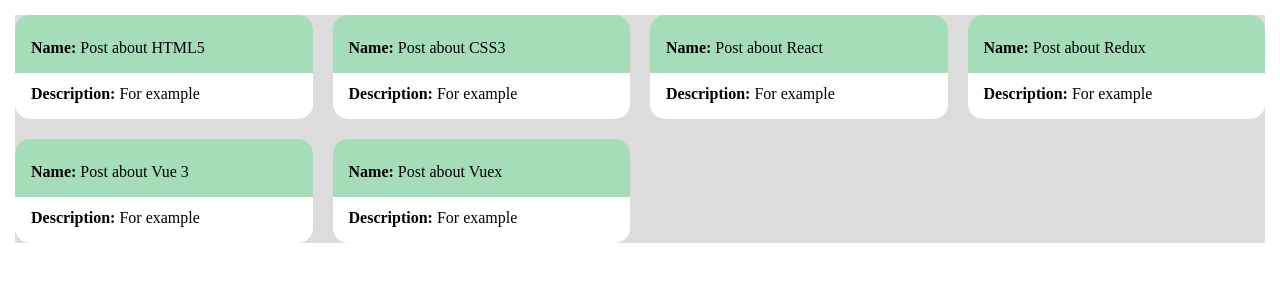
Repository: Axeliriya/vue-todo
Page: /
These files come from the project's save history. The page is drawn as it stood at one moment and after the next save; the edit follows.
The browser window is 1280 px wide. The pictures show the whole page.
The project was rebuilt for these pictures with package versions that can differ from the ones it lists, and the page was loaded fresh each time. Also part of the build but not shown: vue.config.js.

Above is the page before, as saved 2022-04-01 16:58:49.

### public/index.html
<!DOCTYPE html>
<html lang="">
  <head>
    <meta charset="utf-8">
    <meta name="viewport" content="width=device-width,initial-scale=1.0">
    <link rel="icon" href="<%= BASE_URL %>favicon.ico">
    <title>Todo</title>
  </head>
  <body>
    <div id="app"></div>
  </body>
</html>

### src/App.vue
<template>
  <div class="app">
    <ul class="posts">
      <li class="post" v-for="post in posts">
        <div class="post__name"><strong>Name: </strong>{{ post.title }}</div>
        <div class="post__description">
          <strong>Description: </strong>{{ post.body }}
        </div>
      </li>
    </ul>
  </div>
</template>

<script>
export default {
  data() {
    return {
      posts: [
        { id: Date.now(), title: 'Post about HTML5', body: 'For example' },
        { id: Date.now() + 1, title: 'Post about CSS3', body: 'For example' },
        { id: Date.now() + 2, title: 'Post about React', body: 'For example' },
        { id: Date.now() + 3, title: 'Post about Redux', body: 'For example' },
        { id: Date.now() + 4, title: 'Post about Vue 3', body: 'For example' },
        { id: Date.now() + 5, title: 'Post about Vuex', body: 'For example' },
      ],
    };
  },
  methods: {},
};
</script>

<style>
* {
  margin: 0;
  padding: 0;
  box-sizing: border-box;
}

ul {
  list-style-type: none;
}

img {
  display: block;
  width: 100%;
  height: auto;
}

.app {
  padding: 15px;
}

.posts {
  display: grid;
  grid-template-columns: repeat(4, 1fr);
  gap: 20px;
  background-color: gainsboro;
}

.post {
  border-radius: 15px;
}

.post__name {
  padding: 24px 16px 16px 16px;
  border-radius: 15px 15px 0 0;
  background-color: #a5ddb8;
}

.post__description {
  padding: 12px 16px 16px 16px;
  border-radius: 0 0 15px 15px;
  background-color: #ffffff;
}
</style>

Loaded but not shown: src/main.js (common file)

After the next save:
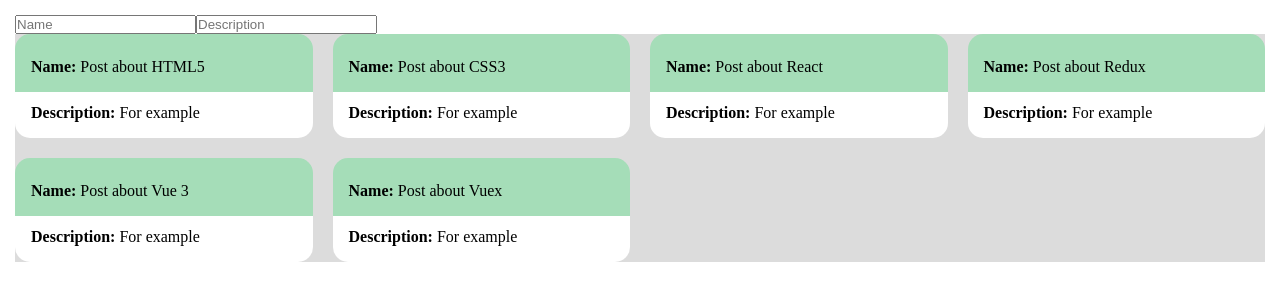
Saved 2 min 6 s later.
--- a/src/App.vue
+++ b/src/App.vue
@@ -1,5 +1,9 @@
 <template>
   <div class="app">
+    <form>
+      <input type="text" placeholder="Name" />
+      <input type="text" placeholder="Description" />
+    </form>
     <ul class="posts">
       <li class="post" v-for="post in posts">
         <div class="post__name"><strong>Name: </strong>{{ post.title }}</div>
